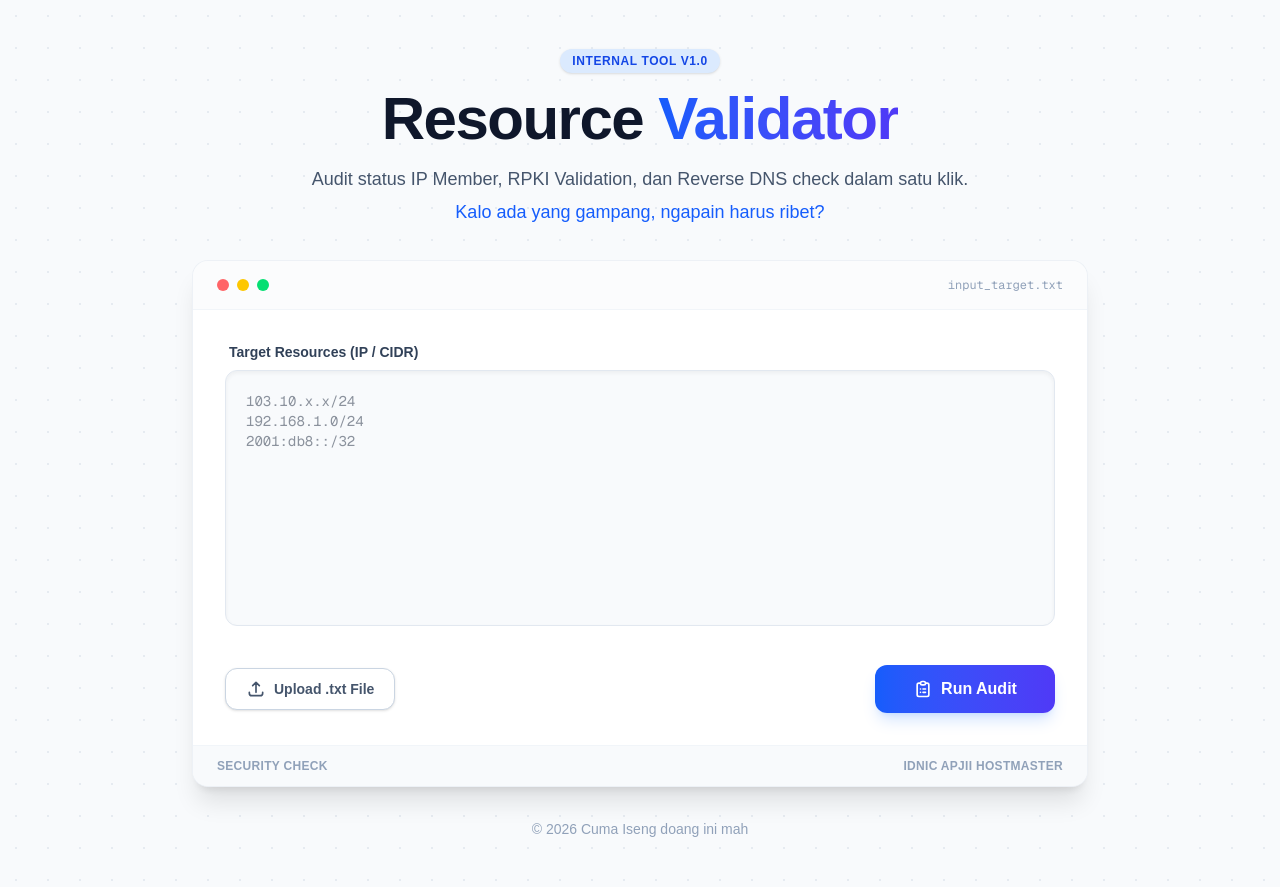
Repository: KilluaProject/resource_validator
Page: /
These files come from the project's save history. The page is drawn as it stood at one moment and after the next save; the edit follows.
The browser window is 1280 px wide. The pictures show the whole page.
The project was rebuilt for these pictures with package versions that can differ from the ones it lists, and the page was loaded fresh each time. The framework's server and built-in components were replaced by stand-ins that run in the browser. Also part of the build but not shown: next.config.ts, components/ResultModal.tsx.

Above is the page before, as saved 2026-01-08 01:10:22.

### app/layout.tsx
import type { Metadata } from "next";
import { Geist, Geist_Mono } from "next/font/google";
import "./globals.css";

const geistSans = Geist({
  variable: "--font-geist-sans",
  subsets: ["latin"],
});

const geistMono = Geist_Mono({
  variable: "--font-geist-mono",
  subsets: ["latin"],
});

export const metadata: Metadata = {
  title: "Resource Validator",
  description: "Whois, RPKI, & Reverse DNS dalam satu klik",
};

export default function RootLayout({
  children,
}: Readonly<{
  children: React.ReactNode;
}>) {
  return (
    <html lang="en">
      <body
        className={`${geistSans.variable} ${geistMono.variable} antialiased`}
      >
        {children}
      </body>
    </html>
  );
}

### app/page.tsx
"use client";

import { useState } from "react";
import { ScanResult } from "@/types";
import { downloadCSV } from "@/libs/csvHelper";
import ResultModal from "@/components/ResultModal";

export default function Home() {
  // === STATE MANAGEMENT (SAMA KEK KEMAREN) ===
  const [inputText, setInputText] = useState("");
  const [loading, setLoading] = useState(false);
  const [modalData, setModalData] = useState<ScanResult[] | null>(null);

  const handleFileUpload = (e: React.ChangeEvent<HTMLInputElement>) => {
    const file = e.target.files?.[0];
    if (!file) return;
    const reader = new FileReader();
    reader.onload = (event) => {
      if (event.target?.result) setInputText(event.target.result as string);
    };
    reader.readAsText(file);
  };

  const handleScan = async () => {
    if (!inputText.trim()) {
      alert("⚠️ IP-nya mana bro? Kosong nih!");
      return;
    }
    setLoading(true);
    setModalData(null);

    try {
      const response = await fetch('/api/scan', {
        method: "POST",
        headers: { "Content-Type": "application/json" },
        body: JSON.stringify({ raw_text: inputText }),
      });

      if (!response.ok) throw new Error("Gagal konek ke backend");
      const data: ScanResult[] = await response.json();

      if (data.length > 10) {
        downloadCSV(data);
        alert(`🚀 Berhasil scan ${data.length} IP! Laporan otomatis di-download.`);
      } else {
        setModalData(data);
      }
    } catch (error) {
      console.error(error);
      alert("❌ Error: Backend Python belum nyala atau timeout.");
    } finally {
      setLoading(false);
    }
  };

  return (
    // === BACKGROUND DENGAN GRID PATTERN HALUS ===
    <main className="min-h-screen bg-slate-50 relative overflow-hidden flex flex-col items-center py-12 px-4 sm:px-6">

      {/* Background Decoration (Grid) */}
      <div className="absolute inset-0 z-0 opacity-[0.4]"
           style={{ backgroundImage: 'radial-gradient(#cbd5e1 1px, transparent 1px)', backgroundSize: '32px 32px' }}>
      </div>

      {/* Gradient Blob (Pemanis) */}
      <div className="absolute top-0 left-1/2 -translate-x-1/2 w-[800px] h-[400px] bg-blue-200/40 blur-[100px] rounded-full -z-10 pointer-events-none"></div>

      <div className="w-full max-w-4xl z-10 flex flex-col gap-8">

        {/* === HEADER SECTION === */}
        <div className="text-center space-y-4">
          <span className="inline-block py-1 px-3 rounded-full bg-blue-100 text-blue-700 text-xs font-bold tracking-wider uppercase shadow-sm">
            Internal Tool v1.0
          </span>
          <h1 className="text-5xl md:text-6xl font-extrabold tracking-tight text-slate-900">
            Resource <span className="text-transparent bg-clip-text bg-gradient-to-r from-blue-600 to-indigo-600">Validator</span>
          </h1>
          <p className="text-lg text-slate-600 max-w-2xl mx-auto leading-relaxed">
            Audit status IP Member, RPKI Validation, dan Reverse DNS check dalam satu klik.
            <span className="block mt-1 font-medium text-blue-600">Kalo ada yang gampang, ngapain harus ribet?</span>
          </p>
        </div>

        {/* === CARD UTAMA === */}
        <div className="bg-white rounded-2xl shadow-xl border border-slate-200/60 overflow-hidden backdrop-blur-sm">

          {/* Card Header */}
          <div className="bg-slate-50/50 px-6 py-4 border-b border-slate-100 flex justify-between items-center">
            <div className="flex gap-2">
              <div className="w-3 h-3 rounded-full bg-red-400"></div>
              <div className="w-3 h-3 rounded-full bg-yellow-400"></div>
              <div className="w-3 h-3 rounded-full bg-green-400"></div>
            </div>
            <span className="text-xs font-mono text-slate-400">input_target.txt</span>
          </div>

          <div className="p-6 md:p-8 space-y-6">

            {/* INPUT AREA */}
            <div className="relative group">
              <label className="block text-sm font-bold text-slate-700 mb-2 ml-1">
                Target Resources (IP / CIDR)
              </label>
              <textarea
                value={inputText}
                onChange={(e) => setInputText(e.target.value)}
                placeholder={"103.10.x.x/24\n192.168.1.0/24\n2001:db8::/32"}
                className="w-full h-64 p-5 bg-slate-50 border border-slate-200 rounded-xl focus:ring-2 focus:ring-blue-500 focus:border-blue-500 transition-all resize-none font-mono text-sm text-slate-800 shadow-inner group-hover:bg-white"
                spellCheck={false}
              />
              {/* Tombol Clear (Floating) */}
              {inputText && (
                <button
                  onClick={() => setInputText("")}
                  className="absolute top-10 right-4 text-xs bg-slate-200 hover:bg-red-100 hover:text-red-600 text-slate-500 px-3 py-1 rounded-md transition-colors font-medium z-20"
                >
                  Clear All
                </button>
              )}
            </div>

            {/* ACTION BAR */}
            <div className="flex flex-col md:flex-row gap-4 items-center justify-between pt-2">

              {/* File Upload (Custom Design) */}
              <div className="w-full md:w-auto">
                <label className="flex items-center justify-center gap-2 cursor-pointer bg-white border border-slate-300 hover:border-blue-400 hover:text-blue-600 text-slate-600 py-2.5 px-5 rounded-xl transition-all shadow-sm group">
                  <svg className="w-5 h-5 group-hover:scale-110 transition-transform" fill="none" stroke="currentColor" viewBox="0 0 24 24"><path strokeLinecap="round" strokeLinejoin="round" strokeWidth={2} d="M4 16v1a3 3 0 003 3h10a3 3 0 003-3v-1m-4-8l-4-4m0 0L8 8m4-4v12" /></svg>
                  <span className="text-sm font-semibold">Upload .txt File</span>
                  <input type="file" accept=".txt" onChange={handleFileUpload} className="hidden" />
                </label>
              </div>

              {/* Submit Button */}
              <button
                onClick={handleScan}
                disabled={loading}
                className={`w-full md:w-auto py-3 px-8 rounded-xl font-bold text-white transition-all shadow-lg shadow-blue-500/20 flex items-center justify-center gap-2 min-w-[180px]
                  ${loading
                    ? "bg-slate-400 cursor-not-allowed opacity-80"
                    : "bg-gradient-to-r from-blue-600 to-indigo-600 hover:to-indigo-700 hover:scale-[1.02]"
                  }`}
              >
                {loading ? (
                  <>
                    <svg className="animate-spin h-5 w-5 text-white" xmlns="http://www.w3.org/2000/svg" fill="none" viewBox="0 0 24 24">
                      <circle className="opacity-25" cx="12" cy="12" r="10" stroke="currentColor" strokeWidth="4"></circle>
                      <path className="opacity-75" fill="currentColor" d="M4 12a8 8 0 018-8V0C5.373 0 0 5.373 0 12h4zm2 5.291A7.962 7.962 0 014 12H0c0 3.042 1.135 5.824 3 7.938l3-2.647z"></path>
                    </svg>
                    <span className="animate-pulse">Analyzing...</span>
                  </>
                ) : (
                  <>
                    <svg className="w-5 h-5" fill="none" stroke="currentColor" viewBox="0 0 24 24"><path strokeLinecap="round" strokeLinejoin="round" strokeWidth={2} d="M9 5H7a2 2 0 00-2 2v12a2 2 0 002 2h10a2 2 0 002-2V7a2 2 0 00-2-2h-2M9 5a2 2 0 002 2h2a2 2 0 002-2M9 5a2 2 0 012-2h2a2 2 0 012 2m-3 7h3m-3 4h3m-6-4h.01M9 16h.01" /></svg>
                    <span>Run Audit</span>
                  </>
                )}
              </button>
            </div>

          </div>

          {/* Card Footer (Info) */}
          <div className="bg-slate-50 px-6 py-3 border-t border-slate-100 flex justify-between items-center text-[10px] md:text-xs text-slate-400 uppercase tracking-wide font-semibold">
            <span>Security Check</span>
            <span>IDNIC APJII Hostmaster</span>
          </div>

        </div>

        {/* Footer Text */}
        <p className="text-center text-slate-400 text-sm">
          &copy; {new Date().getFullYear()} Cuma Iseng doang ini mah
        </p>

      </div>

      {/* Modal Result */}
      {modalData && (
        <ResultModal
          data={modalData}
          onClose={() => {
            setModalData(null);
            setInputText("");
          }}
        />
      )}
    </main>
  );
}

### libs/csvHelper.ts
import { ScanResult } from "../types";

export const downloadCSV = (data: ScanResult[]) => {
  // HEADER LENGKAP
  const headers = [
    "Target CIDR",
    "Parent Netname",
    "Parent Inetnum",
    "Parent Description",
    "Sub-Allocations (Children)",
    "RPKI Status",
    "RPKI Detail",
    "IRR Objects",
    "Global Visibility",
    "Reverse DNS (PTR)"
  ];

  // DATA MAPPING
  const rows = data.map((item) => [
    item.cidr,
    item.parent_name,
    item.parent_net,
    item.parent_desc,
    item.children,
    item.rpki_status,
    item.rpki_detail,
    item.irr_objects,
    item.visibility,
    item.ptr_record,
  ]);

  const csvContent =
    "data:text/csv;charset=utf-8," +
    headers.join(",") + "\n" +
    rows.map((e) =>
      // Kita bungkus pake tanda kutip biar kalau ada koma di dalem teks gak hancur kolomnya
      e.map(cell => `"${String(cell).replace(/"/g, '""')}"`).join(",")
    ).join("\n");

  const encodedUri = encodeURI(csvContent);
  const link = document.createElement("a");
  link.setAttribute("href", encodedUri);
  link.setAttribute("download", `Full_Audit_Report_${new Date().toISOString().slice(0,10)}.csv`);
  document.body.appendChild(link);
  link.click();
  document.body.removeChild(link);
};

### components/Navber.tsx
import Link from "next/link";

export default function Navbar() {
  return (
    <nav className="w-full bg-white/80 backdrop-blur-md border-b border-slate-200 sticky top-0 z-40">
      <div className="max-w-5xl mx-auto px-6 h-16 flex items-center justify-between">

        {/* Logo / Brand */}
        <Link href="/" className="flex items-center gap-2 group">
          <div className="w-8 h-8 bg-gradient-to-br from-blue-600 to-indigo-600 rounded-lg flex items-center justify-center text-white font-bold shadow-md group-hover:shadow-blue-500/30 transition-all">
            V
          </div>
          <span className="font-bold text-slate-800 tracking-tight text-lg">
            Validator<span className="text-blue-600">.</span>
          </span>
        </Link>

        {/* Menu Links */}
        <div className="flex gap-6">
          <Link href="/" className="text-sm font-medium text-slate-600 hover:text-blue-600 transition-colors">
            Scanner
          </Link>
          <Link href="/docs" className="text-sm font-medium text-slate-600 hover:text-blue-600 transition-colors">
            Dokumentasi
          </Link>
        </div>

      </div>
    </nav>
  );
}

Loaded but not shown: app/globals.css (common file)

After the next save:
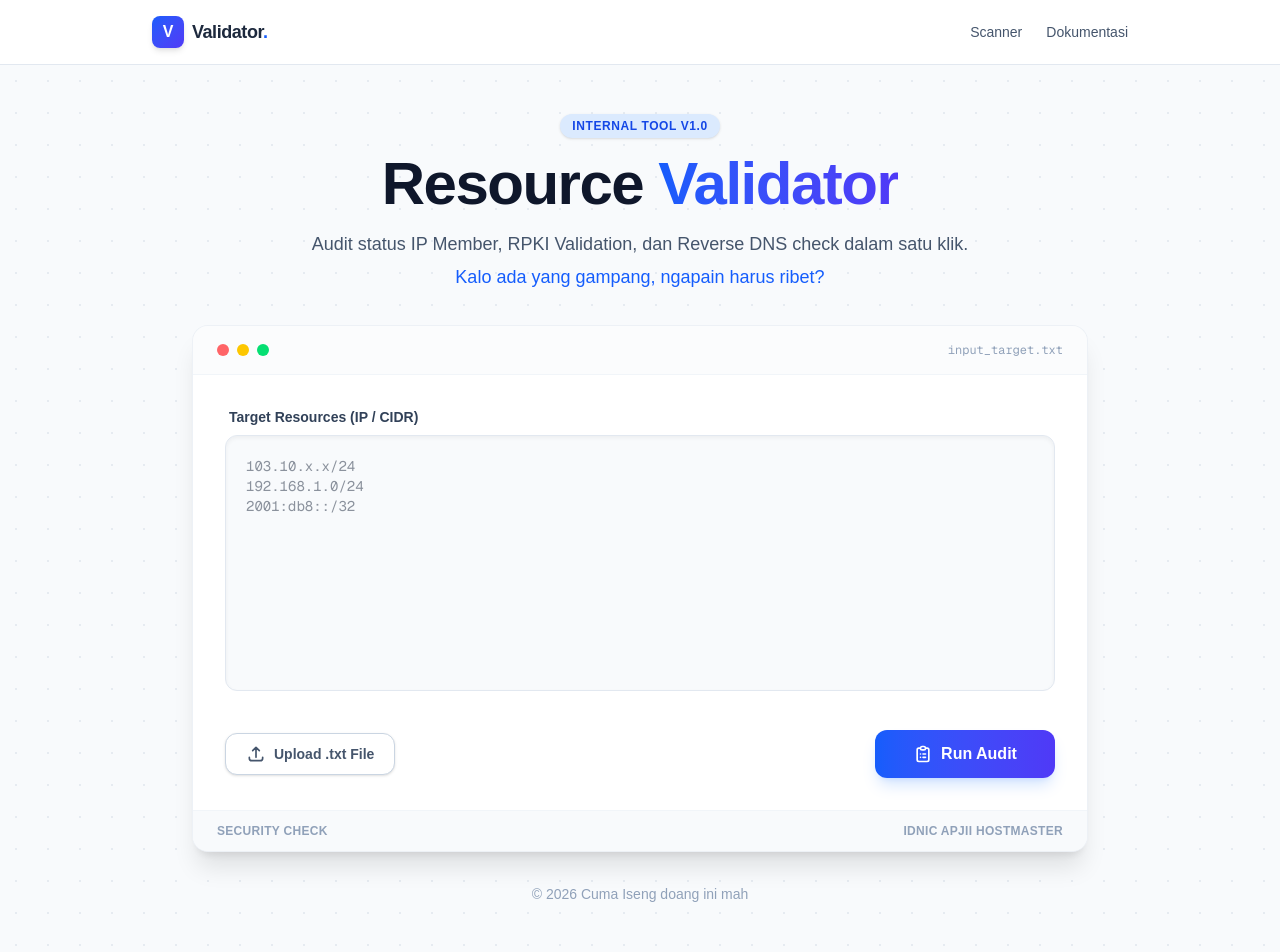
Saved 33 s later.
--- a/app/layout.tsx
+++ b/app/layout.tsx
@@ -1,6 +1,7 @@
 import type { Metadata } from "next";
 import { Geist, Geist_Mono } from "next/font/google";
 import "./globals.css";
+import Navbar from "@/components/Navber";
 
 const geistSans = Geist({
   variable: "--font-geist-sans",
@@ -27,6 +28,7 @@ export default function RootLayout({
       <body
         className={`${geistSans.variable} ${geistMono.variable} antialiased`}
       >
+        <Navbar/>
         {children}
       </body>
     </html>
